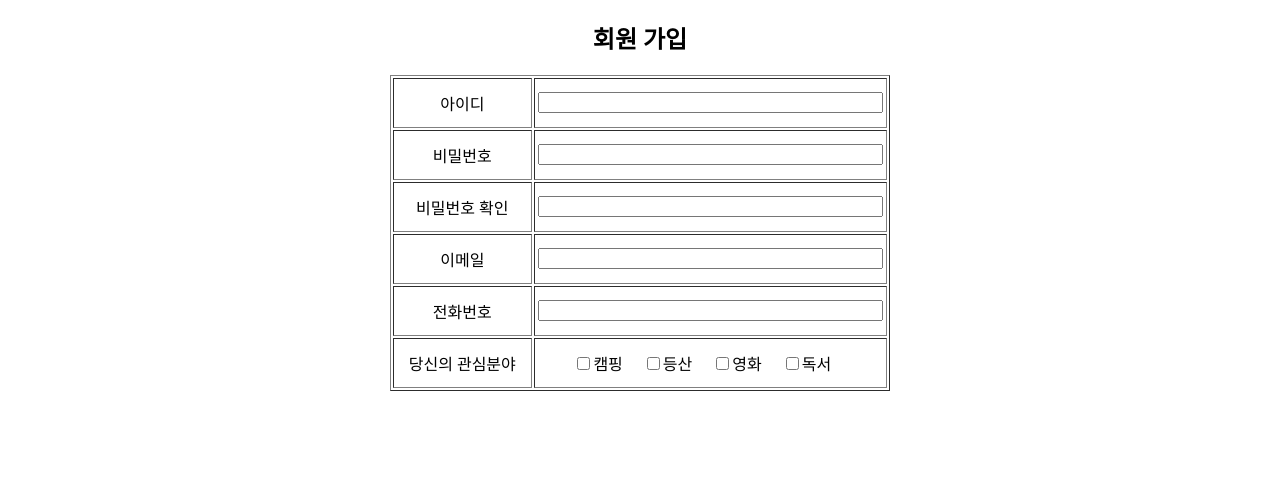
Repository: SuperHamzzi/JSPStudy
Page: http://localhost/JSP01/RequestJoin.jsp
The author's editor kept a copy of each file at every save. The page is drawn from the files as they stood at one save, then again after the next save.
The browser window is 1280 px wide. The pictures show the whole page.
The page is served by Tomcat 9.

Above is the page before, as saved 2023-06-04 11:03:26.

After the next save:
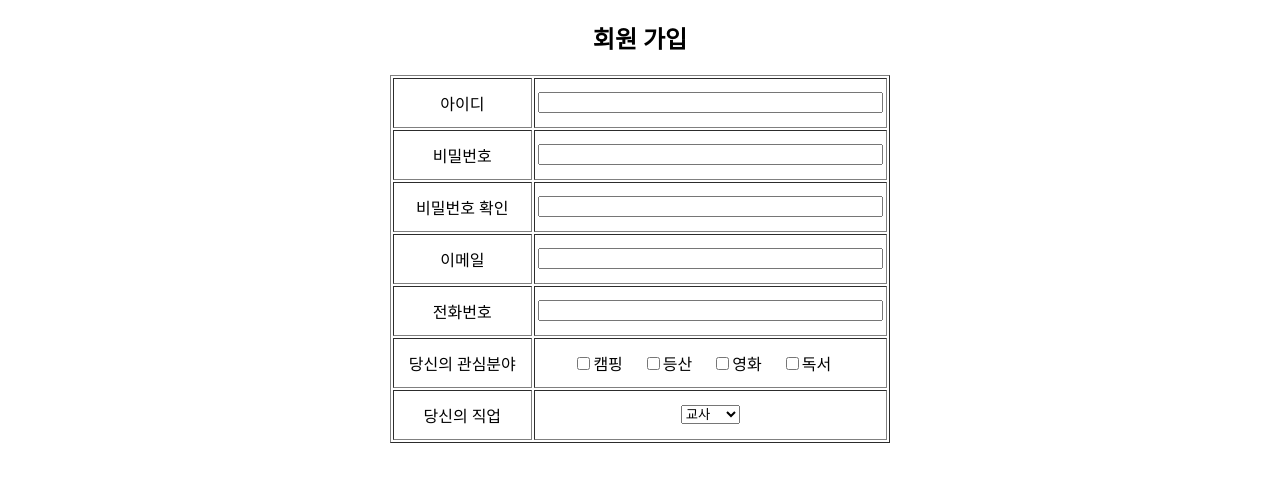
Saved 78 s later.
--- a/JSP01/WebContent/RequestJoin.jsp
+++ b/JSP01/WebContent/RequestJoin.jsp
@@ -51,6 +51,16 @@
 		<input type="checkbox" name="hobby" value="독서">독서 &nbsp; &nbsp;
 		</td>
 	</tr>
+	<tr height="50">
+	<td width="150" align="center">당신의 직업</td>
+	<td width="150" align="center">
+		<select name="job">
+		<option value="교사">교사</option>
+		<option value="변호사">변호사</option>
+		<option value="의사">의사</option>
+		<option value="기술사">기술사</option>
+		</select>
+	</td>
 	</table>
 	</form>
 	</center>
